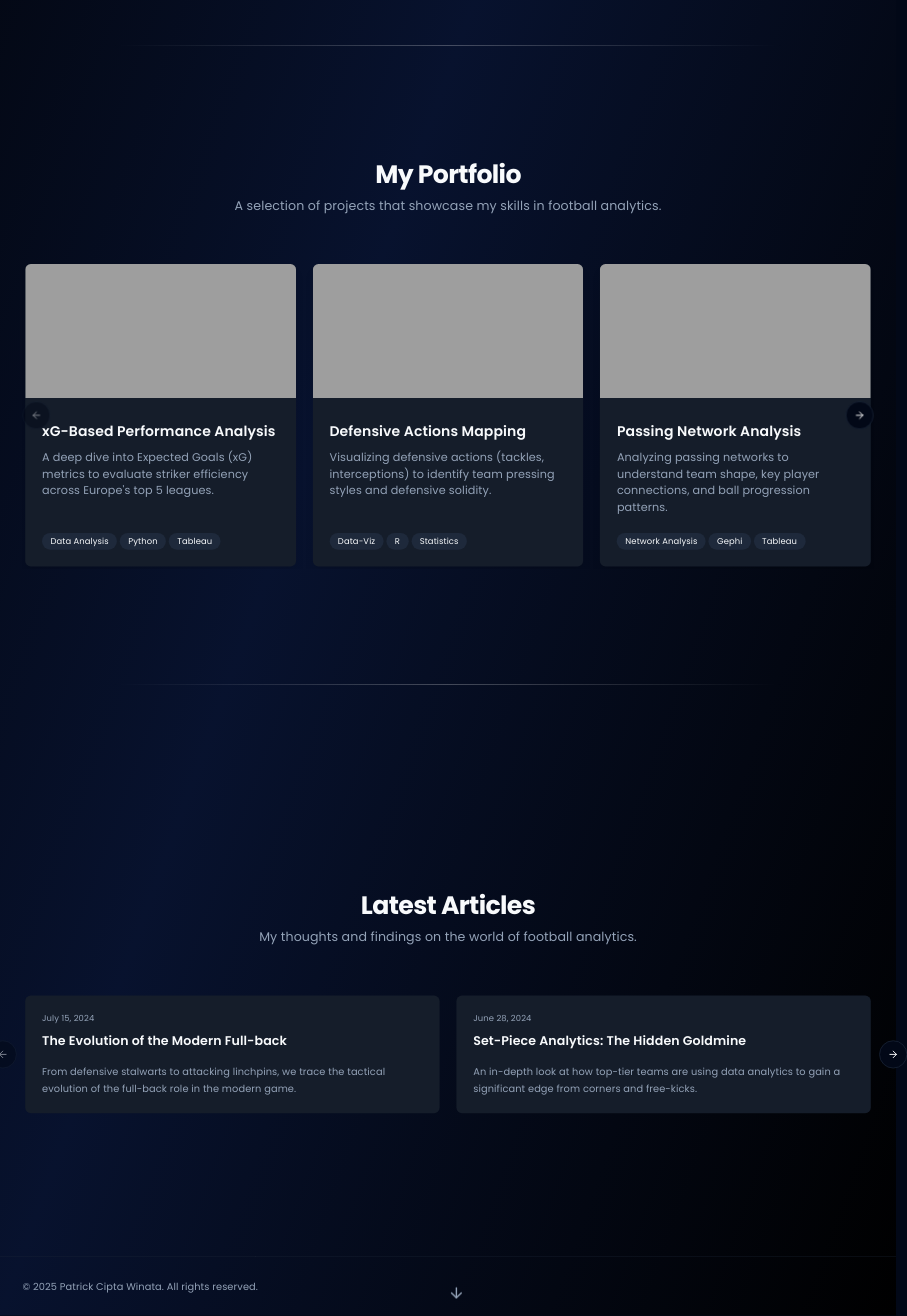
Repository: patrick-cw/my-portfolio
Page: /
The author's editor kept a copy of each file at every save. The page is drawn from the files as they stood at one save, then again after the next save.
The browser window is 1280 px wide. The page is 1296 px wide, so the pictures cover 1296 px, including what lies to the right of the window. The pictures show the part of the page from y = 1665 to 3545 px (the page is 3545 px tall), at 70% of full size.
Pictures or frames that could not be fetched are drawn as grey boxes. The project was rebuilt for these pictures with package versions that can differ from the ones it lists, and the page was loaded fresh each time. The framework's server and built-in components were replaced by stand-ins that run in the browser. Also part of the build but not shown: next.config.ts.

Above is the page before, as saved 2025-08-31 02:25:53.

### src/app/layout.tsx
import type {Metadata} from 'next';
import './globals.css';
import { Toaster } from "@/components/ui/toaster";
import { cn } from '@/lib/utils';
import Particles from '@/components/particles';
import Header from '@/components/header';
import Footer from '@/components/footer';
import ThemeRegistry from '@/components/ThemeRegistry';

export const metadata: Metadata = {
  title: "Patrick's Portfolio",
  description: 'A portfolio showcasing football analytics projects, articles, and more.',
};

export default function RootLayout({
  children,
}: Readonly<{
  children: React.ReactNode;
}>) {
  return (
    <html lang="en" className="dark" style={{scrollBehavior: 'smooth'}}>
      <head>
        <link rel="preconnect" href="https://fonts.googleapis.com" />
        <link rel="preconnect" href="https://fonts.gstatic.com" crossOrigin="anonymous" />
        <link href="https://fonts.googleapis.com/css2?family=Poppins:wght@400;600;700&display=swap" rel="stylesheet" />
      </head>
      <body className={cn("min-h-screen font-body antialiased bg-background")}>
        <ThemeRegistry>
          <div className="relative z-0 flex min-h-screen flex-col bg-gradient-to-br from-black via-blue-900/20 to-black">
            <Particles />
            <Header />
            <main className="flex-1">{children}</main>
            <Footer />
          </div>
          <Toaster />
        </ThemeRegistry>
      </body>
    </html>
  );
}

### src/app/globals.css
@tailwind base;
@tailwind components;
@tailwind utilities;

@layer base {
  :root {
    --background: 0 0% 100%;
    --foreground: 222.2 84% 4.9%;
    --card: 0 0% 100%;
    --card-foreground: 222.2 84% 4.9%;
    --card-highlight: 217.2 91.2% 95%;
    --popover: 0 0% 100%;
    --popover-foreground: 222.2 84% 4.9%;
    --primary: 217.2 91.2% 59.8%;
    --primary-foreground: 210 40% 98%;
    --secondary: 210 40% 96.1%;
    --secondary-foreground: 217.2 91.2% 59.8%;
    --muted: 210 40% 96.1%;
    --muted-foreground: 215.4 16.3% 46.9%;
    --accent: 210 40% 96.1%;
    --accent-foreground: 217.2 91.2% 59.8%;
    --destructive: 0 84.2% 60.2%;
    --destructive-foreground: 210 40% 98%;
    --border: 214.3 31.8% 91.4%;
    --input: 214.3 31.8% 91.4%;
    --ring: 217.2 91.2% 59.8%;
    --radius: 0.5rem;
    --sidebar-background: 0 0% 98%;
    --sidebar-foreground: 240 5.3% 26.1%;
    --sidebar-primary: 240 5.9% 10%;
    --sidebar-primary-foreground: 0 0% 98%;
    --sidebar-accent: 240 4.8% 95.9%;
    --sidebar-accent-foreground: 240 5.9% 10%;
    --sidebar-border: 220 13% 91%;
    --sidebar-ring: 217.2 91.2% 59.8%;
    --chart-1: 12 76% 61%;
    --chart-2: 173 58% 39%;
    --chart-3: 197 37% 24%;
    --chart-4: 43 74% 66%;
    --chart-5: 27 87% 67%;
  }
  .dark {
    --background: 222.2 84% 4.9%;
    --foreground: 210 40% 98%;
    --card: 222.2 84% 6.9%;
    --card-foreground: 210 40% 98%;
    --card-highlight: 217.2 32.6% 12.5%;
    --popover: 222.2 84% 4.9%;
    --popover-foreground: 210 40% 98%;
    --primary: 217.2 35% 35.5%;
    --primary-foreground: 210 40% 98%;
    --secondary: 217.2 32.6% 17.5%;
    --secondary-foreground: 210 40% 98%;
    --muted: 217.2 32.6% 17.5%;
    --muted-foreground: 215 20.2% 65.1%;
    --accent: 217.2 32.6% 17.5%;
    --accent-foreground: 210 40% 98%;
    --destructive: 0 62.8% 30.6%;
    --destructive-foreground: 210 40% 98%;
    --border: 217.2 32.6% 17.5%;
    --input: 217.2 32.6% 17.5%;
    --ring: 217.2 91.2% 59.8%;
    --chart-1: 220 70% 50%;
    --chart-2: 160 60% 45%;
    --chart-3: 30 80% 55%;
    --chart-4: 280 65% 60%;
    --chart-5: 340 75% 55%;
    --sidebar-background: 240 5.9% 10%;
    --sidebar-foreground: 240 4.8% 95.9%;
    --sidebar-primary: 224.3 76.3% 48%;
    --sidebar-primary-foreground: 0 0% 100%;
    --sidebar-accent: 240 3.7% 15.9%;
    --sidebar-accent-foreground: 240 4.8% 95.9%;
    --sidebar-border: 240 3.7% 15.9%;
    --sidebar-ring: 217.2 91.2% 59.8%;
  }
}

@layer base {
  * {
    @apply border-border;
  }
  body {
    @apply bg-background text-foreground;
  }
}

### src/components/ui/toaster.tsx
"use client"

import { useToast } from "@/hooks/use-toast"
import {
  Toast,
  ToastClose,
  ToastDescription,
  ToastProvider,
  ToastTitle,
  ToastViewport,
} from "@/components/ui/toast"

export function Toaster() {
  const { toasts } = useToast()

  return (
    <ToastProvider>
      {toasts.map(function ({ id, title, description, action, ...props }) {
        return (
          <Toast key={id} {...props}>
            <div className="grid gap-1">
              {title && <ToastTitle>{title}</ToastTitle>}
              {description && (
                <ToastDescription>{description}</ToastDescription>
              )}
            </div>
            {action}
            <ToastClose />
          </Toast>
        )
      })}
      <ToastViewport />
    </ToastProvider>
  )
}

### src/components/particles.tsx
"use client";

import React, { useRef, useEffect } from 'react';
import { cn } from '@/lib/utils';

interface MousePosition {
  x: number | null;
  y: number | null;
  radius: number;
}

// Helper class for a single particle
class Particle {
  x: number;
  y: number;
  size: number;
  color: string;
  // Base velocity
  vx: number;
  vy: number;
  // Mouse-induced velocity
  pushX: number;
  pushY: number;
  friction: number;

  constructor(private canvas: HTMLCanvasElement) {
    this.x = Math.random() * canvas.width;
    this.y = Math.random() * canvas.height;
    this.size = Math.random() * 1.5 + 0.5;
    this.color = `rgba(255, 255, 255, ${Math.random() * 0.5 + 0.3})`;
    this.vx = (Math.random() - 0.5) * 0.1; // Slow independent horizontal movement
    this.vy = (Math.random() - 0.5) * 0.1; // Slow independent vertical movement
    this.pushX = 0;
    this.pushY = 0;
    this.friction = 0.95; // Slows down the mouse push effect
  }

  draw(context: CanvasRenderingContext2D) {
    context.fillStyle = this.color;
    context.beginPath();
    context.arc(this.x, this.y, this.size, 0, Math.PI * 2);
    context.fill();
  }

  update(mouse: MousePosition) {
    // Mouse interaction
    if (mouse.x !== null && mouse.y !== null) {
        const dx = this.x - mouse.x;
        const dy = this.y - mouse.y;
        const distance = Math.sqrt(dx * dx + dy * dy);
        const forceDirectionX = dx / distance;
        const forceDirectionY = dy / distance;
        const force = (mouse.radius - distance) / mouse.radius; // Inverted force

        if (distance < mouse.radius) {
            const pushStrength = force * 0.5; // Adjust push strength
            this.pushX += forceDirectionX * pushStrength;
            this.pushY += forceDirectionY * pushStrength;
        }
    }

    // Apply friction to the mouse-push velocity
    this.pushX *= this.friction;
    this.pushY *= this.friction;

    // Update position with both base velocity and mouse-push velocity
    this.x += this.vx + this.pushX;
    this.y += this.vy + this.pushY;

    // Screen wrapping logic
    if (this.x > this.canvas.width) this.x = 0;
    if (this.x < 0) this.x = this.canvas.width;
    if (this.y > this.canvas.height) this.y = 0;
    if (this.y < 0) this.y = this.canvas.height;
  }
}

export default function Particles({ className }: { className?: string }) {
  const canvasRef = useRef<HTMLCanvasElement>(null);
  const particles = useRef<Particle[]>([]);
  const mouse = useRef<MousePosition>({ x: null, y: null, radius: 100 });
  const animationFrameId = useRef<number>();

  const initParticles = (canvas: HTMLCanvasElement) => {
    particles.current = [];
    const numberOfParticles = Math.floor((canvas.width * canvas.height) / 3000);
    for (let i = 0; i < numberOfParticles; i++) {
      particles.current.push(new Particle(canvas));
    }
  };

  const animate = () => {
    const canvas = canvasRef.current;
    if (!canvas) return;
    const context = canvas.getContext('2d');
    if (!context) return;

    context.clearRect(0, 0, canvas.width, canvas.height);
    for (const particle of particles.current) {
      particle.update(mouse.current);
      particle.draw(context);
    }
    animationFrameId.current = requestAnimationFrame(animate);
  };

  useEffect(() => {
    const canvas = canvasRef.current;
    if (!canvas) return;

    const handleResize = () => {
      if (animationFrameId.current) {
        cancelAnimationFrame(animationFrameId.current);
      }
      canvas.width = window.innerWidth;
      canvas.height = window.innerHeight;
      initParticles(canvas);
      animate();
    };

    const handleMouseMove = (event: MouseEvent) => {
      mouse.current.x = event.clientX;
      mouse.current.y = event.clientY;
    };

    const handleMouseLeave = () => {
        mouse.current.x = null;
        mouse.current.y = null;
    }

    window.addEventListener('resize', handleResize);
    window.addEventListener('mousemove', handleMouseMove);
    window.addEventListener('mouseleave', handleMouseLeave);

    handleResize();

    return () => {
      window.removeEventListener('resize', handleResize);
      window.removeEventListener('mousemove', handleMouseMove);
      window.removeEventListener('mouseleave', handleMouseLeave);
      if (animationFrameId.current) {
        cancelAnimationFrame(animationFrameId.current);
      }
    };
  }, []);

  return <canvas ref={canvasRef} className={cn('fixed top-0 left-0 w-full h-full -z-10', className)} />;
}

### src/components/header.tsx
import Link from "next/link";
import { Aperture, Footprints } from "lucide-react";

export default function Header() {
  return (
    <header className="sticky top-0 z-50 w-full border-b border-border/40 bg-background/95 backdrop-blur supports-[backdrop-filter]:bg-background/60">
      <div className="container flex h-14 max-w-screen-2xl items-center">
        <Link href="/#home" className="mr-6 flex items-center space-x-2">
          <Aperture className="h-6 w-6 text-primary" style={{filter: 'drop-shadow(0 0 4px hsl(var(--primary)))'}}/>
          <span className="font-bold sm:inline-block font-headline">Patrick's Portfolio</span>
        </Link>
        <nav className="flex items-center gap-4 text-sm lg:gap-6">
          <Link href="/#about" className="text-foreground/60 transition-colors hover:text-foreground/80">
            About
          </Link>
          <Link href="/#portfolio" className="text-foreground/60 transition-colors hover:text-foreground/80">
            Portfolio
          </Link>
          <Link href="/#articles" className="text-foreground/60 transition-colors hover:text-foreground/80">
            Articles
          </Link>
        </nav>
      </div>
    </header>
  );
}

### src/components/footer.tsx
export default function Footer() {
    return (
      <footer className="border-t border-border/40 py-6 md:py-8">
        <div className="container flex flex-col items-center justify-between gap-4 md:flex-row">
          <p className="text-sm text-muted-foreground">
            © {new Date().getFullYear()} Patrick Cipta Winata. All rights reserved.
          </p>
        </div>
      </footer>
    );
  }

### src/components/ThemeRegistry.tsx
'use client';
import createCache from '@emotion/cache';
import { useServerInsertedHTML } from 'next/navigation';
import { CacheProvider } from '@emotion/react';
import { ThemeProvider } from '@mui/material/styles';
import CssBaseline from '@mui/material/CssBaseline';
import { createTheme } from '@mui/material/styles';
import React from 'react';

const theme = createTheme({
  palette: {
    mode: 'dark',
  },
});

// This implementation is from emotion-js
// https://github.com/emotion-js/emotion/issues/2928#issuecomment-1319747902
export default function ThemeRegistry(props: { children: React.ReactNode }) {
  const { children } = props;

  const [{ cache, flush }] = React.useState(() => {
    const cache = createCache({ key: 'mui-style' });
    cache.compat = true;
    const prevInsert = cache.insert;
    let inserted: string[] = [];
    cache.insert = (...args) => {
      const serialized = args[1];
      if (cache.inserted[serialized.name] === undefined) {
        inserted.push(serialized.name);
      }
      return prevInsert(...args);
    };
    const flush = () => {
      const prevInserted = inserted;
      inserted = [];
      return prevInserted;
    };
    return { cache, flush };
  });

  useServerInsertedHTML(() => {
    const names = flush();
    if (names.length === 0) {
      return null;
    }
    let styles = '';
    for (const name of names) {
      styles += cache.inserted[name];
    }
    return (
      <style
        key={cache.key}
        data-emotion={`${cache.key} ${names.join(' ')}`}
        dangerouslySetInnerHTML={{
          __html: styles,
        }}
      />
    );
  });

  return (
    <CacheProvider value={cache}>
      <ThemeProvider theme={theme}>
        <CssBaseline />
        {children}
      </ThemeProvider>
    </CacheProvider>
  );
}

### src/components/ui/button.tsx
import * as React from "react"
import { Slot } from "@radix-ui/react-slot"
import { cva, type VariantProps } from "class-variance-authority"

import { cn } from "@/lib/utils"

const buttonVariants = cva(
  "inline-flex items-center justify-center gap-2 whitespace-nowrap rounded-md text-sm font-medium ring-offset-background transition-colors focus-visible:outline-none focus-visible:ring-2 focus-visible:ring-ring focus-visible:ring-offset-2 disabled:pointer-events-none disabled:opacity-50 [&_svg]:pointer-events-none [&_svg]:size-4 [&_svg]:shrink-0",
  {
    variants: {
      variant: {
        default: "bg-primary text-primary-foreground hover:bg-primary/90",
        destructive:
          "bg-destructive text-destructive-foreground hover:bg-destructive/90",
        outline:
          "border border-input bg-background hover:bg-accent hover:text-accent-foreground",
        secondary:
          "bg-secondary text-secondary-foreground hover:bg-secondary/80",
        ghost: "hover:bg-accent hover:text-accent-foreground",
        link: "text-primary underline-offset-4 hover:underline",
      },
      size: {
        default: "h-10 px-4 py-2",
        sm: "h-9 rounded-md px-3",
        lg: "h-11 rounded-md px-8",
        icon: "h-10 w-10",
      },
    },
    defaultVariants: {
      variant: "default",
      size: "default",
    },
  }
)

export interface ButtonProps
  extends React.ButtonHTMLAttributes<HTMLButtonElement>,
    VariantProps<typeof buttonVariants> {
  asChild?: boolean
}

const Button = React.forwardRef<HTMLButtonElement, ButtonProps>(
  ({ className, variant, size, asChild = false, ...props }, ref) => {
    const Comp = asChild ? Slot : "button"
    return (
      <Comp
        className={cn(buttonVariants({ variant, size, className }))}
        ref={ref}
        {...props}
      />
    )
  }
)
Button.displayName = "Button"

export { Button, buttonVariants }

### tailwind.config.ts
import type {Config} from 'tailwindcss';

export default {
  darkMode: ['class'],
  content: [
    './src/pages/**/*.{js,ts,jsx,tsx,mdx}',
    './src/components/**/*.{js,ts,jsx,tsx,mdx}',
    './src/app/**/*.{js,ts,jsx,tsx,mdx}',
  ],
  theme: {
    container: {
      center: true,
      padding: "2rem",
      screens: {
        "2xl": "1400px",
      },
    },
    maxWidth: {
      'xl': '44rem',
    },
    extend: {
      fontFamily: {
        body: ['Poppins', 'sans-serif'],
        headline: ['Poppins', 'sans-serif'],
        code: ['monospace'],
      },
      colors: {
        background: 'hsl(var(--background))',
        foreground: 'hsl(var(--foreground))',
        card: {
          DEFAULT: 'hsl(var(--card))',
          foreground: 'hsl(var(--card-foreground))',
          highlight: 'hsl(var(--card-highlight))',
        },
        popover: {
          DEFAULT: 'hsl(var(--popover))',
          foreground: 'hsl(var(--popover-foreground))',
        },
        primary: {
          DEFAULT: 'hsl(var(--primary))',
          foreground: 'hsl(var(--primary-foreground))',
        },
        secondary: {
          DEFAULT: 'hsl(var(--secondary))',
          foreground: 'hsl(var(--secondary-foreground))',
        },
        muted: {
          DEFAULT: 'hsl(var(--muted))',
          foreground: 'hsl(var(--muted-foreground))',
        },
        accent: {
          DEFAULT: 'hsl(var(--accent))',
          foreground: 'hsl(var(--accent-foreground))',
        },
        destructive: {
          DEFAULT: 'hsl(var(--destructive))',
          foreground: 'hsl(var(--destructive-foreground))',
        },
        border: 'hsl(var(--border))',
        input: 'hsl(var(--input))',
        ring: 'hsl(var(--ring))',
        chart: {
          '1': 'hsl(var(--chart-1))',
          '2': 'hsl(var(--chart-2))',
          '3': 'hsl(var(--chart-3))',
          '4': 'hsl(var(--chart-4))',
          '5': 'hsl(var(--chart-5))',
        },
        sidebar: {
          DEFAULT: 'hsl(var(--sidebar-background))',
          foreground: 'hsl(var(--sidebar-foreground))',
          primary: 'hsl(var(--sidebar-primary))',
          'primary-foreground': 'hsl(var(--sidebar-primary-foreground))',
          accent: 'hsl(var(--sidebar-accent))',
          'accent-foreground': 'hsl(var(--sidebar-accent-foreground))',
          border: 'hsl(var(--sidebar-border))',
          ring: 'hsl(var(--sidebar-ring))',
        },
      },
      borderRadius: {
        lg: 'var(--radius)',
        md: 'calc(var(--radius) - 2px)',
        sm: 'calc(var(--radius) - 4px)',
      },
      keyframes: {
        'accordion-down': {
          from: {
            height: '0',
          },
          to: {
            height: 'var(--radix-accordion-content-height)',
          },
        },
        'accordion-up': {
          from: {
            height: 'var(--radix-accordion-content-height)',
          },
          to: {
            height: '0',
          },
        },
      },
      animation: {
        'accordion-down': 'accordion-down 0.2s ease-out',
        'accordion-up': 'accordion-up 0.2s ease-out',
      },
    },
  },
  plugins: [require('tailwindcss-animate')],
} satisfies Config;

Loaded but not shown: src/lib/utils.ts (common file); src/hooks/use-toast.ts (common file); src/app/page.tsx (308 lines, source omitted); src/components/ui/carousel.tsx (262 lines, source omitted); src/components/ui/toast.tsx (129 lines, source omitted)

After the next save:
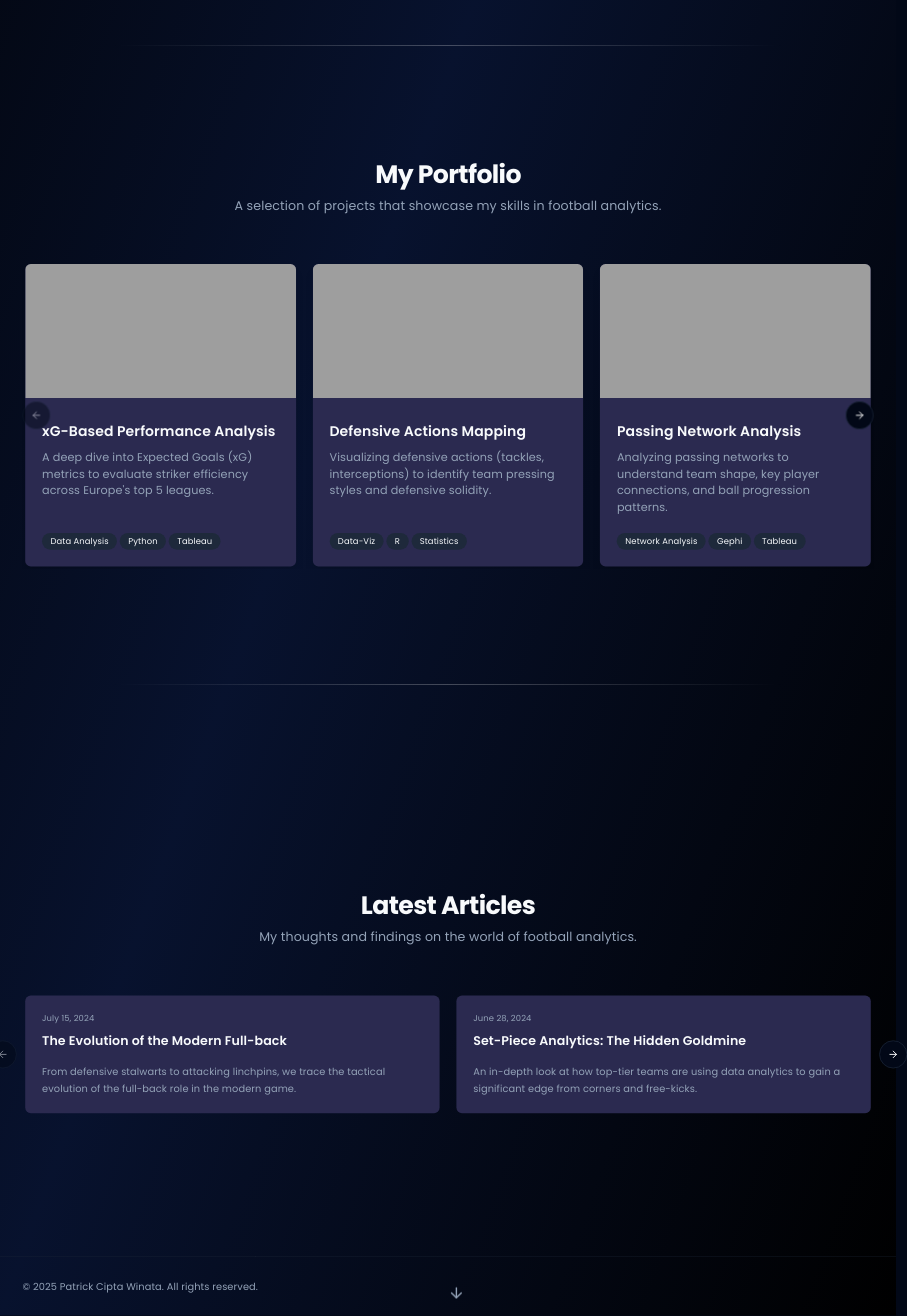
Saved 35 s later.
--- a/src/app/globals.css
+++ b/src/app/globals.css
@@ -44,7 +44,7 @@
     --foreground: 210 40% 98%;
     --card: 222.2 84% 6.9%;
     --card-foreground: 210 40% 98%;
-    --card-highlight: 217.2 32.6% 12.5%;
+    --card-highlight: 240.85 31.17% 24.06%;
     --popover: 222.2 84% 4.9%;
     --popover-foreground: 210 40% 98%;
     --primary: 217.2 35% 35.5%;
